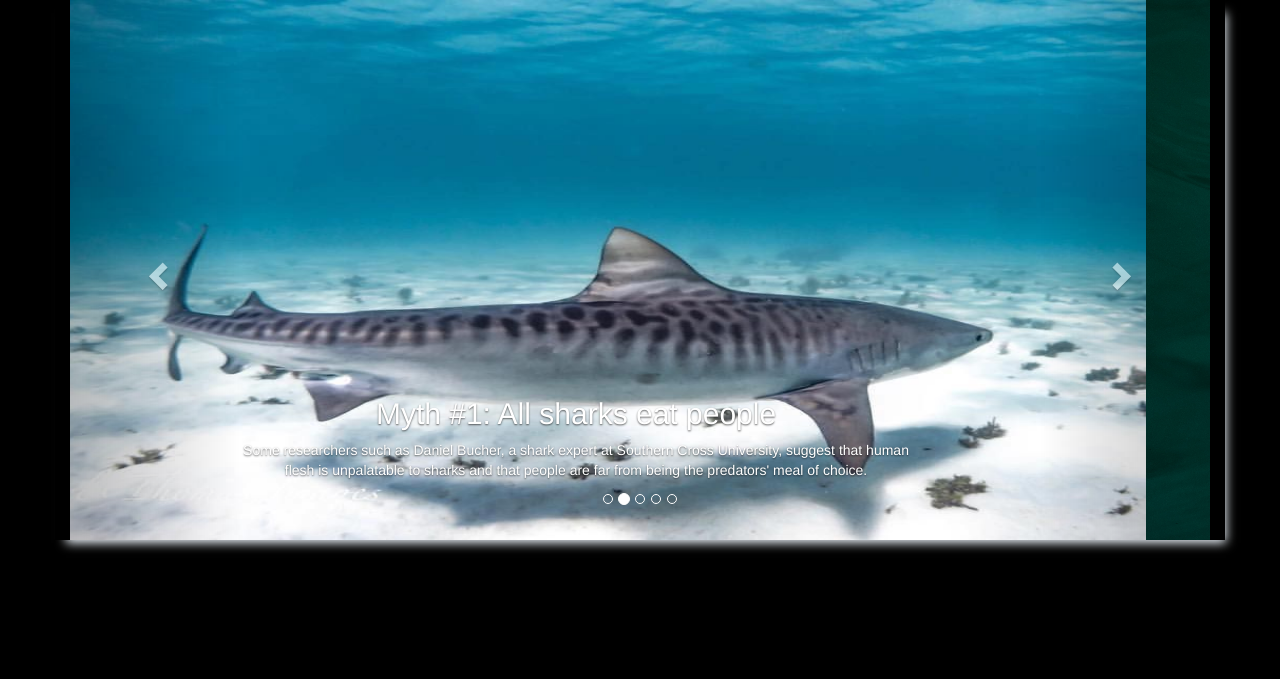
Repository: lacey-crenshaw/carousel
Page: index.html
These files come from the project's save history. The page is drawn as it stood at one moment and after the next save; the edit follows.
The browser window is 1280 px wide. The pictures show the whole page.

Above is the page before, as saved 2020-02-16 17:57:39.

### index.html
<!DOCTYPE html>
<html lang="en">

<head>
    <link rel="stylesheet" href="https://maxcdn.bootstrapcdn.com/bootstrap/3.4.1/css/bootstrap.min.css">
    <link rel="stylesheet" href="images/styles/styles.css">
    <meta charset="utf-8">
    <title>Bootstrap Carousel</title>



</head>

<body>

    <div class="container">
        <div class="row">
            <div class="col-sm-12">

                <div id="my-slider" class="carousel slide" data-ride="carousel">

                    <!-- indicators nav -->
                    <ol class="carousel-indicators">
                        <li data-target="#my-slider" data-slide-to="0" class="active"></li>
                        <li data-target="#my-slider" data-slide-to="1"></li>
                        <li data-target="#my-slider" data-slide-to="2"></li>
                        <li data-target="#my-slider" data-slide-to="3"></li>
                        <li data-target="#my-slider" data-slide-to="4"></li>
                    </ol>

                    <!-- wrapper for slides -->
                    <div class="carousel-inner" role="listbox">
                        <div class="item active">
                            <img src="images/tigerShark.jpg" alt="Black Shark">
                            <div class="carousel-caption">
                                <h2>Myth #1: All sharks eat people</h2>
                                <p>Some researchers such as Daniel Bucher, a shark expert at Southern Cross University,
                                    suggest that human flesh is unpalatable to sharks and that people are far from being
                                    the predators' meal of choice.</p>
                            </div>
                        </div>

                        <div class="item">
                            <img src="images/grayShark.jpg" alt="Gray Shark">
                            <div class="carousel-caption">
                                <h2>Myth #2: Sharks aren't clever and have tiny, walnut-size brains</h2>
                                <p>False. Sharks are actually one of the most intelligent creatures in the ocean,
                                    thanks to more than 400 million years of evolution. The animals' brain-to-body ratio
                                    is similar to that of most birds and mammals, according to a paper by Leo Demski and
                                    R. Glenn Northcutt who studied shark brain size in 1996.</p>
                            </div>
                        </div>

                        <div class="item">
                            <img src="images/whaleShark.jpg" alt="Whale Shark">
                            <div class="carousel-caption">
                                <h2>Myth #3: All sharks are big and scary, and have lots of sharp teeth</h2>
                                <p>There are more than 450 species of sharks, and they come in all shapes and sizes. The
                                    basking shark is the second largest fish in the sea, but it eats only plankton with
                                    its tremendously large mouth, which can measure more than 3 feet (0.9 m) wide.</p>
                            </div>
                        </div>

                        <div class="item">
                            <img src="images/greatWhite.jpg" alt="Great White Shark">
                            <div class="carousel-caption">
                                <h2>Myth #4: If you're attacked by a shark, you should punch it in the nose</h2>
                                <p>That's probably not a good idea. The best way to escape is to go for the shark's eye.
                                    Sharks have an eyelid-like barrier to protect them from prey thrashing around in
                                    their jaws, but it's not designed to shield from fingers.</p>
                            </div>
                        </div>

                        <div class="item">
                            <img src="images/blackShark.jpg" alt="Black Shark">
                            <div class="carousel-caption">
                                <h2>Myth #5: Nothing eats sharks</h2>
                                <p>While the largest sharks, such as tiger sharks and whale sharks, have very little to
                                    worry about from predators, the smaller sharks are not so lucky. Some shark species
                                    are incredibly small, and so they can make handy snacks for larger species. A few
                                    marine mammals, including orca whales, prey on sharks, too.</p>
                            </div>
                        </div>

                    </div>

                    <!-- controls for next and previous buttons -->
                    <a class="left carousel-control" href="#my-slider" role="button" data-slide="prev">
                        <span class="glyphicon glyphicon-chevron-left" aria-hidden="true"></span>
                        <span class="sr-only">Previous</span>
                    </a>
                    <a class="right carousel-control" href="#my-slider" role="button" data-slide="next">
                        <span class="glyphicon glyphicon-chevron-right" aria-hidden="true"></span>
                        <span class="sr-only">Next</span>
                    </a>


                </div>

            </div>
        </div>
    </div>


    <script src="https://ajax.googleapis.com/ajax/libs/jquery/3.4.1/jquery.min.js"></script>
    <script src="https://maxcdn.bootstrapcdn.com/bootstrap/3.4.1/js/bootstrap.min.js"></script>
</body>

</html>

### images/styles/styles.css
body {
    background-color: black;
}

.container {
    box-shadow: 6px 8px 10px -5px aliceblue;
}

.carousel-inner>.item>img,
.carousel-inner>.item>a>img {
    width: 100% !important;
    height: 75vh;
}

After the next save:
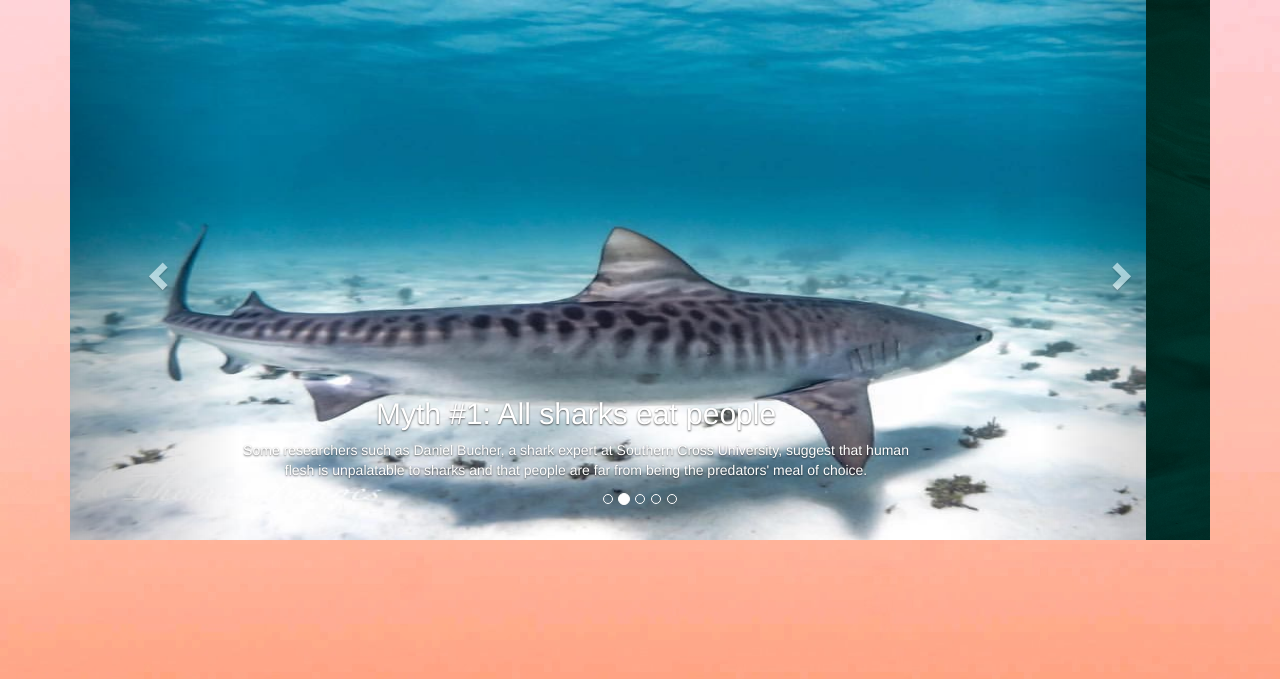
Saved 94 s later.
--- a/images/styles/styles.css
+++ b/images/styles/styles.css
@@ -1,9 +1,5 @@
 body {
-    background-color: black;
-}
-
-.container {
-    box-shadow: 6px 8px 10px -5px aliceblue;
+    background-image: url(../ocean-waves.jpg);
 }
 
 .carousel-inner>.item>img,
